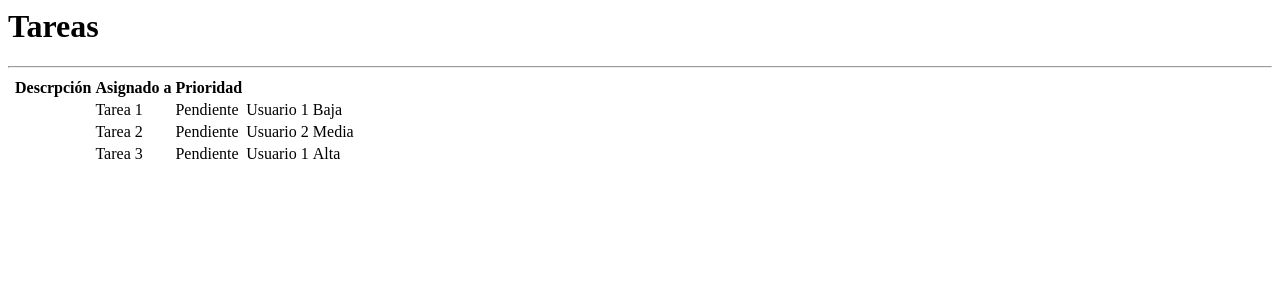
Repository: jhonatan810/waAdministradirdeTareas
Page: AdministradordeTareas/WebContent/paginas/tareas.html
The author's editor kept a copy of each file at every save. The page is drawn from the files as they stood at one save, then again after the next save.
The browser window is 1280 px wide. The pictures show the whole page.

Above is the page before, as saved 2016-10-31 16:48:00.

After the next save:
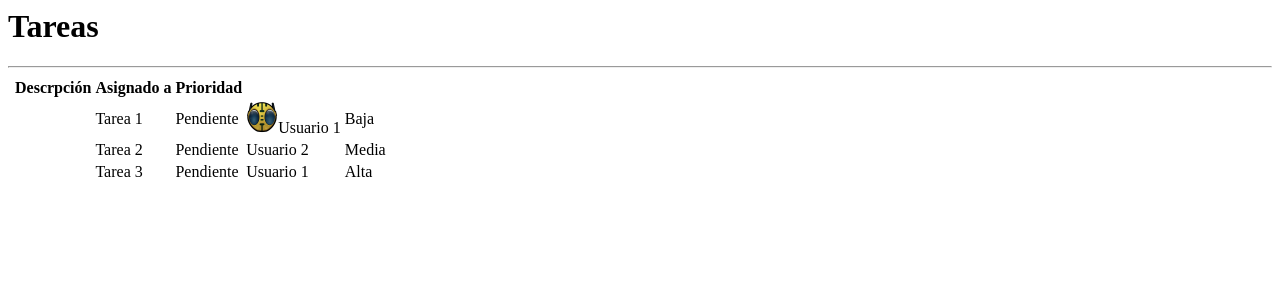
Saved 3 min 53 s later.
--- a/AdministradordeTareas/WebContent/paginas/tareas.html
+++ b/AdministradordeTareas/WebContent/paginas/tareas.html
@@ -26,7 +26,7 @@
 				</td>
 				<td>Tarea 1</td>
 				<td>Pendiente</td>
-				<td>Usuario 1</td>
+				<td><img src ="imagenes/Bioman32x32.png">Usuario 1</td>
 				<td class="text-right">
 					<div class="col-md-12 text-center prioridad-baja">
 						Baja
